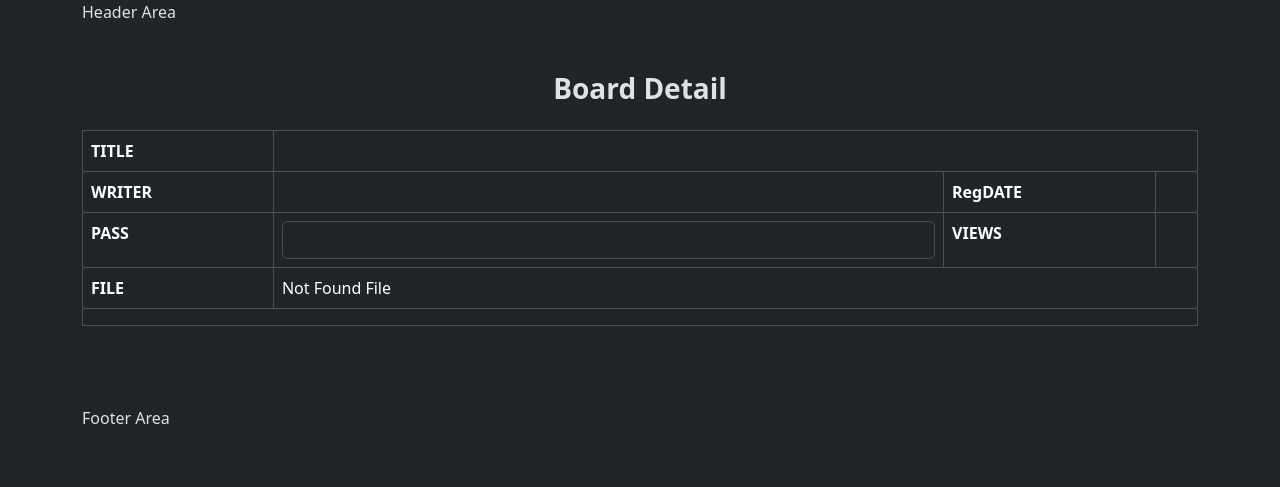
Repository: ddochiisrich/Ddochi-Web
Page: http://localhost/JSPClassCh06/WEB-INF/board/boardDetail.jsp
These files come from the project's save history. The page is drawn as it stood at one moment and after the next save; the edit follows.
The browser window is 1280 px wide. The pictures show the whole page.
The page is served by Tomcat 9. Nobody is signed in. The template is opened directly, without the code that normally fills it, so the values that code supplies are empty.

Above is the page before, as saved 2024-04-11 02:19:17.

After the next save:
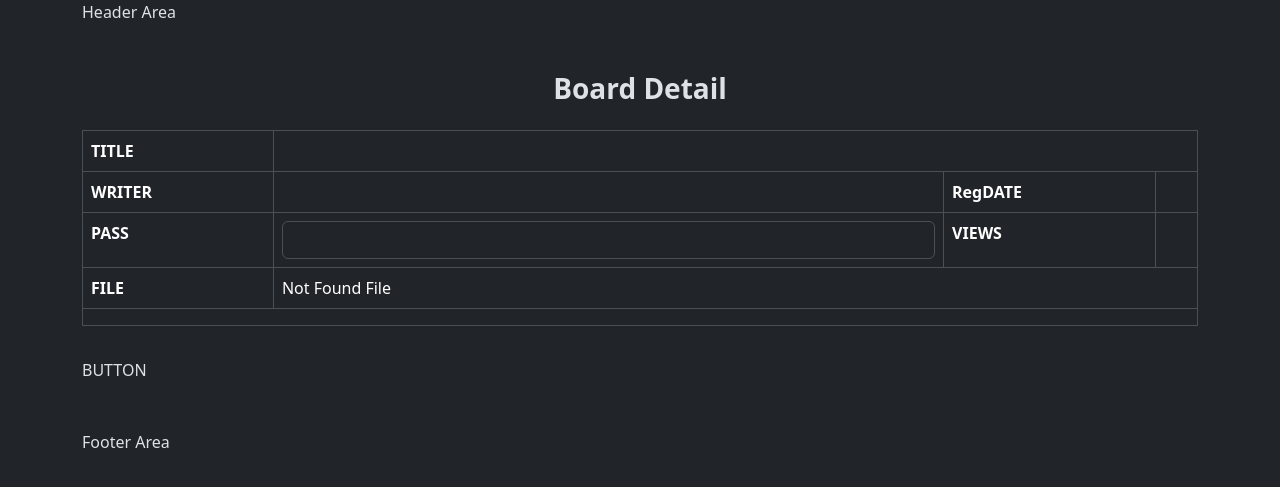
Saved 67 s later.
--- a/JSPClassCh06/src/main/webapp/WEB-INF/board/boardDetail.jsp
+++ b/JSPClassCh06/src/main/webapp/WEB-INF/board/boardDetail.jsp
@@ -66,6 +66,11 @@
 						</table>
 					</div>
 				</div>
+				<div class="row">
+					<div class="col">
+						BUTTON
+					</div>
+				</div>
 			</div>
 		</div>
 
